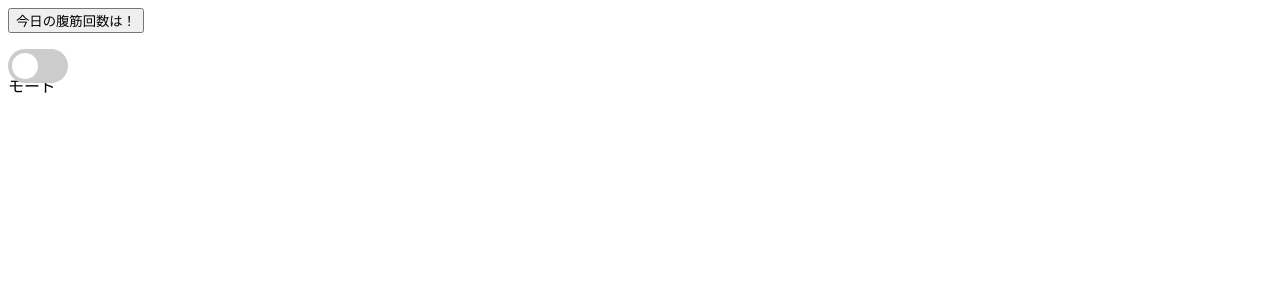
Repository: maigo999/time-abdominal-muscle
Page: index.html
These files come from the project's save history. The page is drawn as it stood at one moment and after the next save; the edit follows.
The browser window is 1280 px wide. The pictures show the whole page.

Above is the page before, as saved 2018-08-11 09:51:34.

### index.html
<!DOCTYPE html>
<html lang="ja">

<head>
    <meta charset="UTF-8">
    <meta name="viewport" content="width=device-width, initial-scale=1.0">
    <meta http-equiv="X-UA-Compatible" content="ie=edge">
    <link rel="stylesheet" href="css/style.css">
    <title>Document</title>
</head>

<body>
    <button id="button">今日の腹筋回数は！</button>
    <p id="result"></p>
    <label class="switch">
        <input type="checkbox" id="checkbox">
        ハードモード
        <span class="slider round"></span>
    </label>
    <script src="./js/main.js"></script>
</body>

</html>

### css/style.css
/* The switch - the box around the slider */
.switch {
  position: relative;
  display: inline-block;
  width: 60px;
  height: 34px;
}

/* Hide default HTML checkbox */
.switch input {display:none;}

/* The slider */
.slider {
  position: absolute;
  cursor: pointer;
  top: 0;
  left: 0;
  right: 0;
  bottom: 0;
  background-color: #ccc;
  -webkit-transition: .4s;
  transition: .4s;
}

.slider:before {
  position: absolute;
  content: "";
  height: 26px;
  width: 26px;
  left: 4px;
  bottom: 4px;
  background-color: white;
  -webkit-transition: .4s;
  transition: .4s;
}

input:checked + .slider {
  background-color: pink;
}

input:focus + .slider {
  box-shadow: 0 0 1px pink;
}

input:checked + .slider:before {
  -webkit-transform: translateX(26px);
  -ms-transform: translateX(26px);
  transform: translateX(26px);
}

/* Rounded sliders */
.slider.round {
  border-radius: 34px;
}

.slider.round:before {
  border-radius: 50%;
}

### js/main.js
let today;
let milliseconds;
let seconds;
let intlist;
const target = 0;
let res;
let calcResult;
const button = document.getElementById("button");
const result = document.getElementById("result");

// ミリ秒を取得
function hard() {
  milliseconds = today.getMilliseconds();
  str = String(milliseconds).split("");
}
// 秒数を取得
function nomal() {
  seconds = today.getSeconds();
  str = String(seconds).split("");
}

//モードチェック判定
function modecheck() {
  if (document.getElementById("checkbox").checked) {
    console.log("ハードモード");
    hard();
  } else {
    console.log("ノーマルモード");
    nomal();
  }
}

button.onclick = function() {
  //現在の時間を取得
  today = new Date();

  //モード判定
  modecheck();

  // strをintに戻す
  int = str.map(function(element) {
    return Number(element);
  });

  // ０の消去
  res = int.filter(function(a) {
    return a !== target;
  });

  // 配列の長さを取得
  intlist = res.length;

  // 配列の長さで計算式を分岐
  if (intlist == 3) {
    calcResult = res[0] * res[1] * res[2];
  } else if (intlist == 2) {
    calcResult = res[0] * res[1];
  } else if (intlist == 0) {
    alcResult = "0だよ";
  } else {
    calcResult = res[0];
  }
  result.innerHTML = calcResult;
};

After the next save:
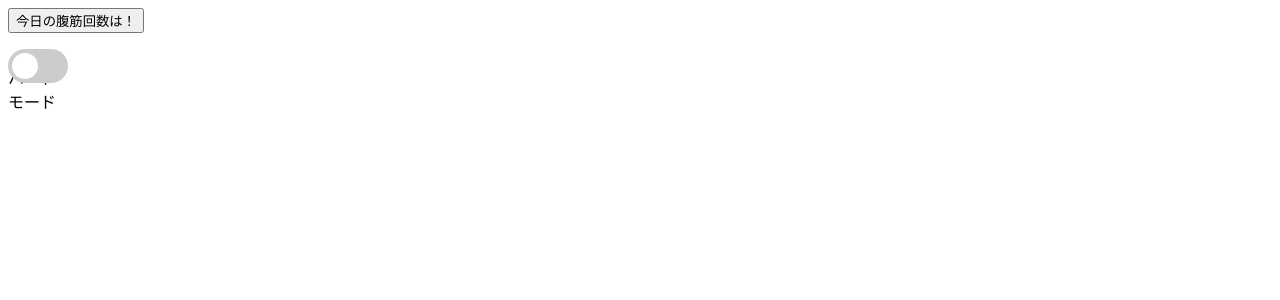
Saved 23 s later.
--- a/index.html
+++ b/index.html
@@ -14,8 +14,8 @@
     <p id="result"></p>
     <label class="switch">
         <input type="checkbox" id="checkbox">
-        ハードモード
         <span class="slider round"></span>
+        <p>ハードモード</p>
     </label>
     <script src="./js/main.js"></script>
 </body>
